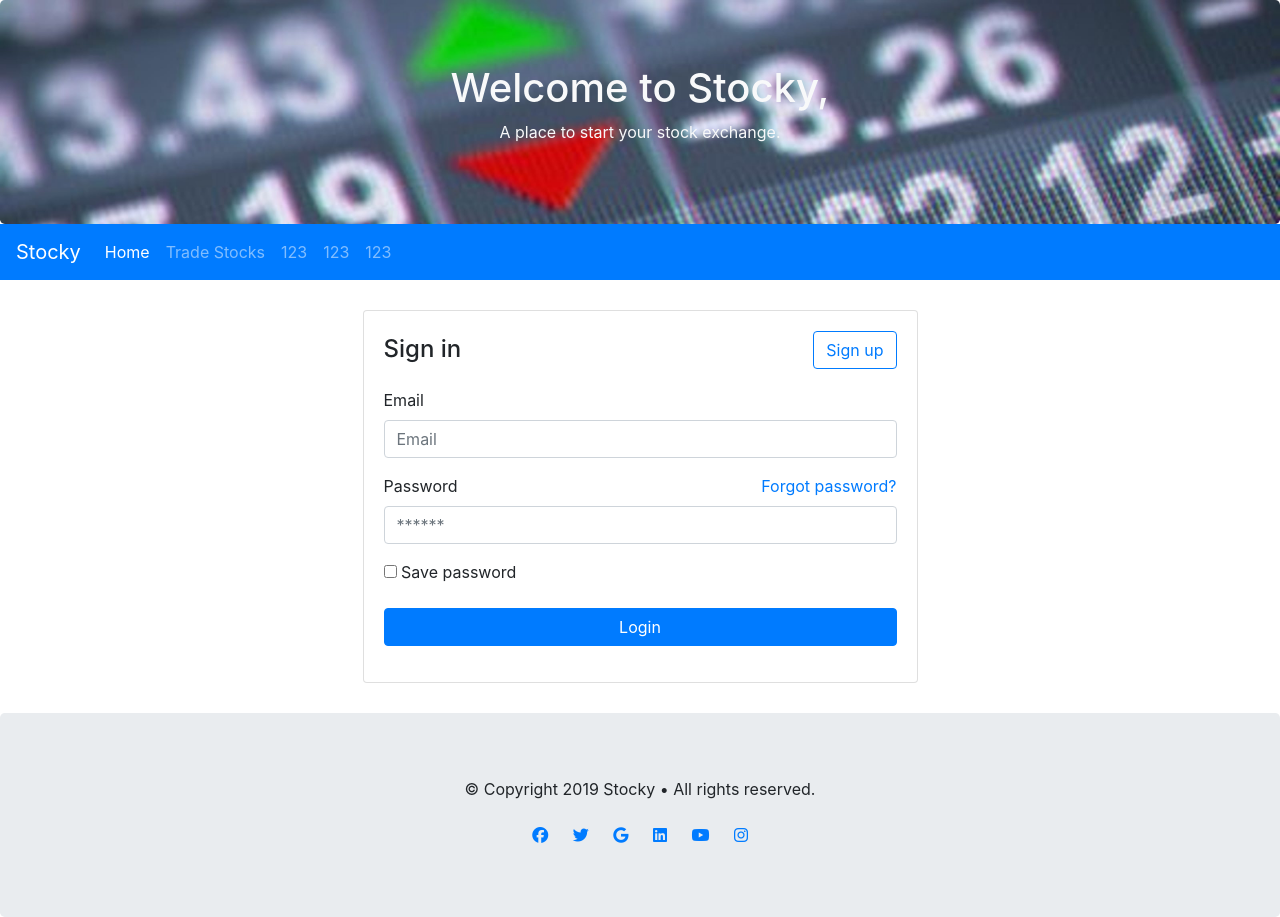
Repository: madfufuu/stocky
Page: http://localhost/stocky/
The author's editor kept a copy of each file at every save. The page is drawn from the files as they stood at one save, then again after the next save.
The browser window is 1280 px wide. The pictures show the whole page.
Some web libraries are served in a nearby version. The page is served by Tomcat 9. Nobody is signed in. The application's start-up code is not run. Other server files are loaded and not shown.

Above is the page before, as saved 2019-11-29 19:10:06.

### stocky-new-master/stocky/WebContent/index.jsp
<%@ page language="java" contentType="text/html; charset=UTF-8"
    pageEncoding="UTF-8"%>
<%@ page session="false" %>
<!DOCTYPE html>
<html lang="en">
<head>
	<!-- Required meta tags -->
    <meta charset="utf-8">
    <meta name="viewport" content="width=device-width, initial-scale=1, shrink-to-fit=no">

	<!-- Bootstrap CSS -->
	<link rel="stylesheet" href="https://stackpath.bootstrapcdn.com/bootstrap/4.3.1/css/bootstrap.min.css" integrity="sha384-ggOyR0iXCbMQv3Xipma34MD+dH/1fQ784/j6cY/iJTQUOhcWr7x9JvoRxT2MZw1T" crossorigin="anonymous">
	<link rel="stylesheet" type="text/css" href="./style.css">
	<link rel="stylesheet" href="https://cdnjs.cloudflare.com/ajax/libs/font-awesome/4.7.0/css/font-awesome.min.css">

	<title>Stocky</title>
</head>

<body>
	<div class="jumbotron text-center" style="margin-bottom:0" id="jumbotron-top">
  		<h1 class="text-light">Welcome to Stocky,</h1>
 		<p class="text-light">A place to start your stock exchange.</p>
	</div>

	<nav class="navbar navbar-expand-lg navbar-dark bg-primary sticky-top">
  		<a class="navbar-brand" href="index.jsp">Stocky</a>
  		<button class="navbar-toggler" type="button" data-toggle="collapse" data-target="#navbarSupportedContent" aria-controls="navbarSupportedContent" aria-expanded="false" aria-label="Toggle navigation">
    		<span class="navbar-toggler-icon"></span>
  		</button>

  		<div class="collapse navbar-collapse" id="navbarSupportedContent">
			<ul class="navbar-nav mr-auto">
				<li class="nav-item active">
					<a class="nav-link" href="index.jsp">Home<span class="sr-only">(current)</span></a>
				</li>

				<li class="nav-item">
					<a class="nav-link" href="#">Trade Stocks</a>
				</li>

				<li class="nav-item">
					<a class="nav-link" href="#">123</a>
				</li>

				<li class="nav-item">
					<a class="nav-link" href="#">123</a>
				</li>

				<li class="nav-item">
					<a class="nav-link" href="#">123</a>
				</li>

			</ul>

		</div>
	</nav>

	<form method="post" action="http://localhost:8180/webApplication/LoginCheck">
	<div class="container" style="margin-top:30px; margin-bottom:30px">
		<div class="row">
			<div class="col-sm-12 d-flex justify-content-center">


				<div id="signin-form-card" class="card">
					<article class="card-body">
						<a href="signup.jsp" class="float-right btn btn-outline-primary">Sign up</a>
						<h4 class="card-title mb-4 mt-1">Sign in</h4>

							<div class="form-group">
								<label>Email</label>
								<input name="email" class="form-control" placeholder="Email" type="email">
							</div> <!-- form-group// -->
							<div class="form-group">
								<a class="float-right" href="#">Forgot password?</a>
								<label>Password</label>
								<input class="form-control" placeholder="******" type="password" name="password">
							</div> <!-- form-group// -->
							<div class="form-group">
								<div class="checkbox">
									<label> <input type="checkbox"> Save password </label>
								</div> <!-- checkbox .// -->
							</div> <!-- form-group// -->
							<div class="form-group">
								<button type="submit" class="btn btn-primary btn-block" value="login"> Login  </button>
							</div> <!-- form-group// -->

					</article>
				</div> <!-- card.// -->
			</div>
		</div>
	</div>
	</form>

	<div class="jumbotron text-center" style="margin-bottom:0">
		<p>© Copyright 2019 Stocky • All rights reserved.</p>
		<div>
			<a href="#" class="fab fa-facebook"></a> <a href="#"
				class="fab fa-twitter"></a> <a href="#" class="fab fa-google"></a> <a
				href="#" class="fab fa-linkedin"></a> <a href="#"
				class="fab fa-youtube"></a> <a href="#" class="fab fa-instagram"></a>
		</div>
	</div>



	<!-- Optional JavaScript -->
    <!-- jQuery first, then Popper.js, then Bootstrap JS -->
	<script src="https://code.jquery.com/jquery-3.3.1.slim.min.js" integrity="sha384-q8i/X+965DzO0rT7abK41JStQIAqVgRVzpbzo5smXKp4YfRvH+8abtTE1Pi6jizo" crossorigin="anonymous"></script>
	<script src="https://cdnjs.cloudflare.com/ajax/libs/popper.js/1.14.7/umd/popper.min.js" integrity="sha384-UO2eT0CpHqdSJQ6hJty5KVphtPhzWj9WO1clHTMGa3JDZwrnQq4sF86dIHNDz0W1" crossorigin="anonymous"></script>
	<script src="https://stackpath.bootstrapcdn.com/bootstrap/4.3.1/js/bootstrap.min.js" integrity="sha384-JjSmVgyd0p3pXB1rRibZUAYoIIy6OrQ6VrjIEaFf/nJGzIxFDsf4x0xIM+B07jRM" crossorigin="anonymous"></script>
	<script src="https://kit.fontawesome.com/2b9f2b0ca1.js" crossorigin="anonymous"></script>
</body>
</html>

### stocky-new-master/stocky/WebContent/style.css
@charset "UTF-8";
#signin-form-card {
	width: 50%;
}

#signupForm{
	text-align: center;
	margin-top:  30px;
	margin-bottom:  30px;
}

#jumbotron-top {
  background-image: url("assets/jumbotron_bottom.jpg");
  background-size: cover;
}

.fa:hover {
    opacity: 0.7;
}

.fab {
	padding: 10px;
}

#logout-button {
	float: right;
	margin-top: 10px;
}

#addBankAccount-button {
	padding: 15px;
}

After the next save:
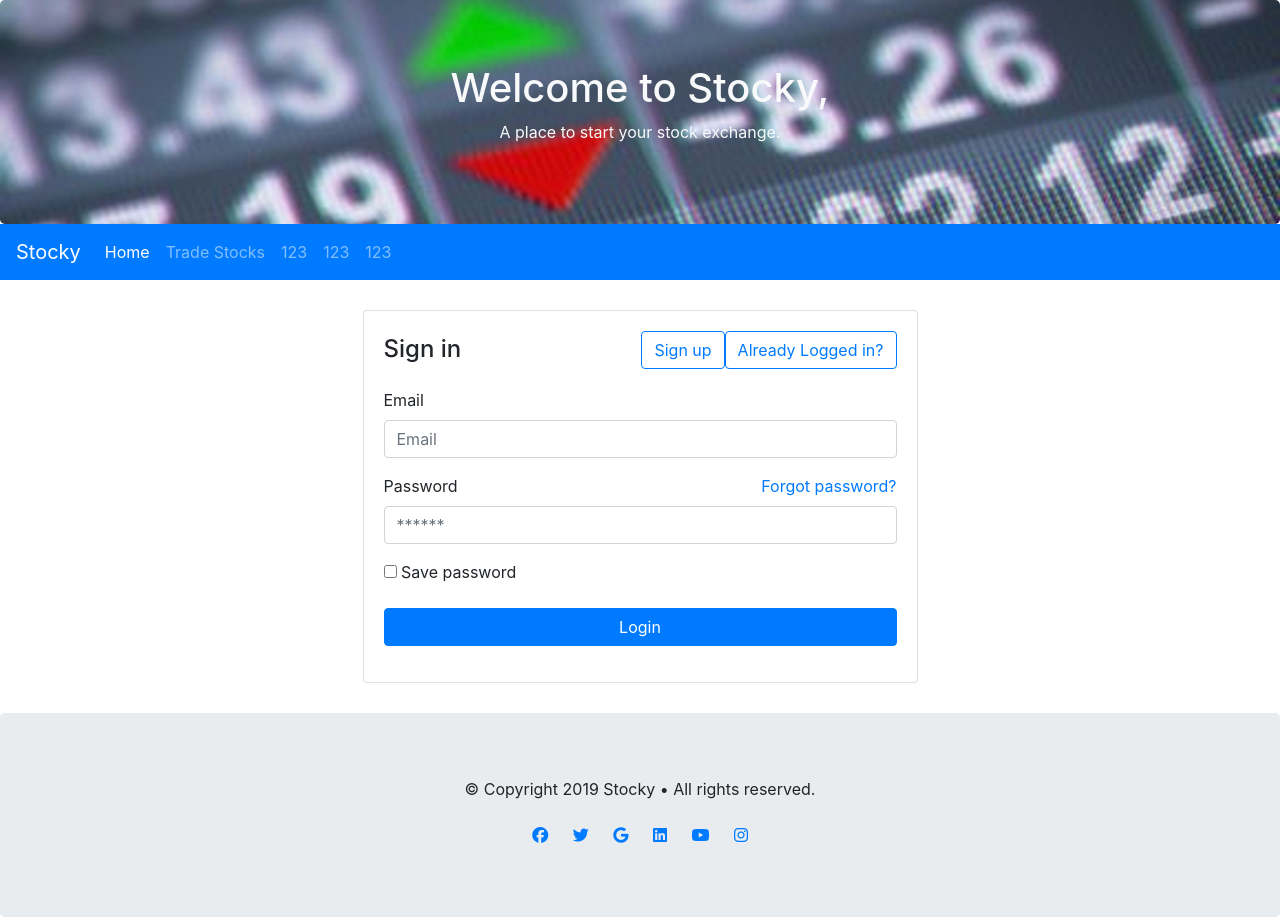
Saved 2 min 13 s later.
--- a/stocky-new-master/stocky/WebContent/index.jsp
+++ b/stocky-new-master/stocky/WebContent/index.jsp
@@ -63,6 +63,7 @@
 
 				<div id="signin-form-card" class="card">
 					<article class="card-body">
+						<a href="member.jsp" class="float-right btn btn-outline-primary">Already Logged in?</a>
 						<a href="signup.jsp" class="float-right btn btn-outline-primary">Sign up</a>
 						<h4 class="card-title mb-4 mt-1">Sign in</h4>
 
